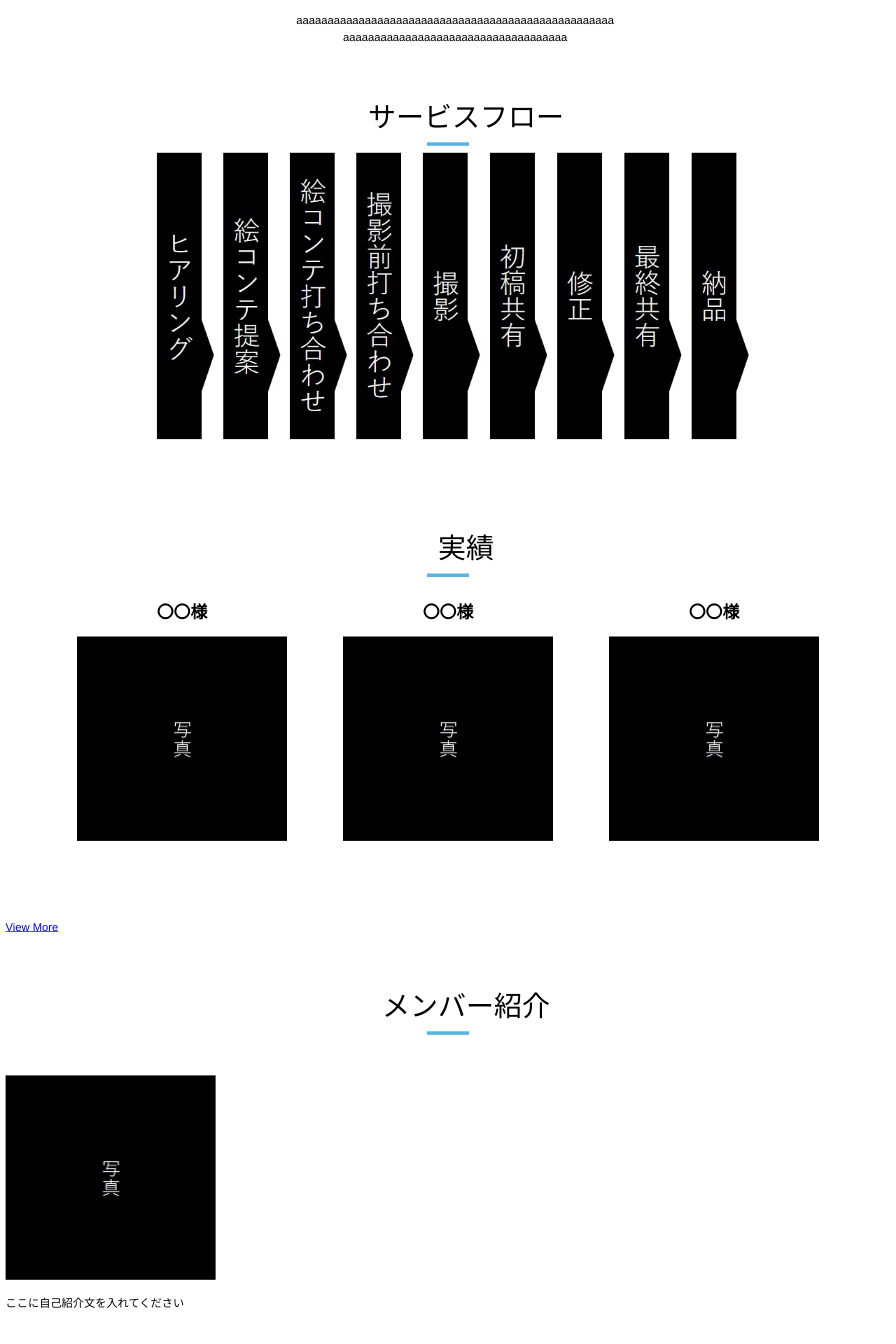
Repository: takumi-kojima0901/js.practice
Page: carkichi/carkichi.html
The author's editor kept a record of every edit. The page is drawn from the files as they stood at one moment, then again after the next edit.
The browser window is 1280 px wide. The pictures show the part of the page from y = 716 to 2636 px (the page is 2636 px tall before and 2526 px after), at 70% of full size.

Above is the page before.

### carkichi/carkichi.html
<!doctype html>
<html lang="ja">

<head>
<meta charset="UTF-8">
<title>仮</title>
<link rel="stylesheet" media="all" href="carkichi.css">

</head>

<body>

    <header id="header">
	 <img src="scale.jpg" alt="">
    	<div id="slogan">
	    	<h1>キャッチフレーズ</h1>
	    	<h2>説明文を入れます説明文を入れます</h2>
    	</div>
　  </header>

　<section id="about">
　	<div class = "section_title">
　		Avout Us
　	</div>
　	<div class = "about_service">
　		aaaaaaaaaaaaaaaaaaaaaaaaaaaaaaaaaaaaaaaaaaaaaaaaaaa
　		<br>
　		aaaaaaaaaaaaaaaaaaaaaaaaaaaaaaaaaaaa
　	</div>

　</section>


<!-- サービスフロー -->
　<section id="service_flow">
　	<div class = "section_title">
　		サービスフロー
　	</div>
	<div class = "flow_area">
	    <div class = "flow_part">

	        <p>
	            <a href = "#modal-01">
	            	 <div class = "detail_botton" >
	                      <img src = "flow1.jpg" width:122px height:264px>
	                 </div>
	            </a>
	            <div class="modal-wrapper" id="modal-01">
	            	<a href="#!" class="modal-overlay"></a>
	            	      <div class="modal-window">
	            	      	<div class="modal-content">
	            	      		<h4>Modal window</h4>
	            	      		　　<p>
	            	      		　　	Lorem ipsum dolor sit amet, consectetur adipiscing elit. Morbi ut cursus felis. Etiam hendrerit turpis at massa auctor semper.
	            	      		　　</p>
	            	      	</div>
	            	<a href="#!" class="modal-close">×</a>
	            	      </div>
	        　　</div>
	        </p>

	        <p>
	            <a href = "#modal-02">
	            	 <div class = "detail_botton" >
	                      <img src = "flow2.jpg" width:122px height:264px>
	                 </div>
	            </a>
	            <div class="modal-wrapper" id="modal-02">
	            	<a href="#!" class="modal-overlay"></a>
	            	    <div class="modal-window">
	            	    	<div class="modal-content">
	            	    		<h4>gggggggggggggggg</h4>
	            	    		   <p>
	            	    		   aaaaaaaaaaaaaaaaaaaaaaaaaaaaaaaaaaaaaaaaaaaaaaaaaaa
	            	    		   </p>
	            	    	</div>
	            	<a href="#!" class="modal-close">×</a>
	            	　　</div>
	            </div>
	        </p>

	        <p>
	            <a href = "#modal-03">
	            	 <div class = "detail_botton" >
	                      <img src = "flow3.jpg" width:122px height:264px>
	                 </div>
	            </a>
	            <div class="modal-wrapper" id="modal-03">
	            	<a href="#!" class="modal-overlay"></a>
	            	    <div class="modal-window">
	            	    	<div class="modal-content">
	            	    		<h4>sss</h4>
	            	    		<p>
                                   ssss
	            	    		</p>
	            	    	</div>
	            	<a href="#!" class="modal-close">×</a>
	            	　　</div>
	            </div>
	        </p>

	        <p>
	            <a href = "#modal-04">
	            	 <div class = "detail_botton" >
	                      <img src = "flow4.jpg" width:122px height:264px>
	                 </div>
	            </a>
	            <div class="modal-wrapper" id="modal-04">
	            	<a href="#!" class="modal-overlay"></a>
	            	    <div class="modal-window">
	            	    	<div class="modal-content">
	            	    		<h4>fffffffffff</h4>
	            	    		<p>
	            	    			ffffffffffffffffffff
	            	    		</p>
	            	    	</div>
	            	<a href="#!" class="modal-close">×</a>
	            	　　</div>
	            </div>
	        </p>

	        <p>
	            <a href = "#modal-05">
	            	 <div class = "detail_botton" >
	                      <img src = "flow5.jpg" width:122px height:264px>
	                 </div>
	            </a>
	            <div class="modal-wrapper" id="modal-05">
	            	<a href="#!" class="modal-overlay"></a>
	            	    <div class="modal-window">
	            	    	<div class="modal-content">
	            	    		<h4>ddddddddddddd</h4>
	            	    		<p>
	            	    			ddddddddddddddd
	            	    		</p>
	            	    	</div>
	            	<a href="#!" class="modal-close">×</a>
	            	　　</div>
	            </div>
	        </p>

	        <p>
	            <a href = "#modal-06">
	            	 <div class = "detail_botton" >
	                      <img src = "flow6.jpg" width:122px height:264px>
	                 </div>
	            </a>
	            <div class="modal-wrapper" id="modal-06">
	            	<a href="#!" class="modal-overlay"></a>
	            	    <div class="modal-window">
	            	    	<div class="modal-content">
	            	    		<h4>kkkkkkkkkkkkk</h4>
	            	    		<p>
	            	    			kkkkkkkkkkkkk
	               	    		</p>
	            	    	</div>
	            	<a href="#!" class="modal-close">×</a>
	            	　　</div>
	            </div>
	        </p>

	        <p>
	            <a href = "#modal-07">
	            	 <div class = "detail_botton" >
	                      <img src = "flow7.jpg" width:122px height:264px>
	                 </div>
	            </a>
	            <div class="modal-wrapper" id="modal-07">
	            	<a href="#!" class="modal-overlay"></a>
	            	    <div class="modal-window">
	            	    	<div class="modal-content">
	            	    		<h4>llllllllllllll</h4>
	            	    		<p>
	            	    			lllllllllllllll
	               	    		</p>
	            	    	</div>
	            	<a href="#!" class="modal-close">×</a>
	            	　　</div>
	            </div>
	        </p>

	        <p>
	            <a href = "#modal-08">
	            	 <div class = "detail_botton" >
	                      <img src = "flow8.jpg" width:122px height:264px>
	                 </div>
	            </a>
	            <div class="modal-wrapper" id="modal-08">
	            	<a href="#!" class="modal-overlay"></a>
	            	    <div class="modal-window">
	            	    	<div class="modal-content">
	            	    		<h4>kkkkkkkkkkkkk</h4>
	            	    		<p>
	            	    			kkkkkkkkkkkkk
	               	    		</p>
	            	    	</div>
	            	<a href="#!" class="modal-close">×</a>
	            	　　</div>
	            </div>
	        </p>

	        <p>
	            <a href = "#modal-09">
	            	 <div class = "detail_botton" >
	                      <img src = "flow9.jpg" width:122px height:264px>
	                 </div>
	            </a>
	            <div class="modal-wrapper" id="modal-09">
	            	<a href="#!" class="modal-overlay"></a>
	            	    <div class="modal-window">
	            	    	<div class="modal-content">
	            	    		<h4>kkkkkkkkkkkkk</h4>
	            	    		<p>
	            	    			kkkkkkkkkkkkk
	               	    		</p>
	            	    	</div>
	            	<a href="#!" class="modal-close">×</a>
	            	　　</div>
	            </div>
	        </p>
	    </div>
	</div>


　</section>

　<section id="service_detail">

　</section>

<!-- // サービスフロー -->

<!-- 実績 -->
　<section id="service_Performance">
　	<div class = "section_title">
　		実績
　	</div>
    <div class = "inner">
    	<ul class = "performance">
    		<div>
  			  <h2>〇〇様</h2>
    			<div class = "performance_image">
    				<img src = "kari.jpg"style="width:300px">
    			</div>
    		</div>
    	<ul>
    	<ul class = "performance">
    		<div>
  			  <h2>〇〇様</h2>
    			<div class = "performance_image">
    				<img src = "kari.jpg"style="width:300px">
    			</div>
    		</div>
    	<ul>
    	<ul class = "performance">
    		<div>
  			  <h2>〇〇様</h2>
    			<div class = "performance_image">
    				<img src = "kari.jpg" style="width:300px">
    				<div class = "mask">
    					<div class ="caption">
    						詳細を記入する
    					</div>
    				</div>
    			</div>
    		</div>
    	<ul>
    </div>

    <div class="container">
    	<a href="#" class="btn-box">View More</a>
    </div>

　</section>
<!-- // 実績 -->

<!-- メンバー紹介 -->
　<section id="member">
　	<div class = "section_title">
　		メンバー紹介
　	</div>
　	<br>
　	<div class = "nagao">
        <img src = "kari.jpg" style="width:300px">
        <p class = "sentence">ここに自己紹介文を入れてください</p>
    </div>





　</section>
<!-- // メンバー紹介 -->



</body>

### carkichi/carkichi.css
body{
    font-family: Helvetica, "ヒラギノ角ゴ Pro W3", "Hiragino Kaku Gothic Pro", sans-serif;
	font-weight: 300;
	-webkit-text-size-adjust:100%;
	overflow-x: hidden;
	color: #000;
	background: white;
}

.section_title{
    text-align:center;
    font-size:40px;
}

.section_title:after {
    xposition: absolute;
    content: '';
    display: block;
    xtop: 50%;
    xleft: 50%;
    width: 60px;
    height: 5px;
    margin: 10px auto;
    background: #58b4de
}


/* ヘッダー
------------------------------------------------------------*/
#header{
	position: relative;
    overflow:hidden;
    width:100%;
    height:568px;
}

#header img{
    position:absolute;
    width:1600px;
    height:900px;
}

#slogan{
	position: absolute;
    top: 50%;
	width: 100%;
	-webkit-transform: translate(0, -50%);
  　transform: translate(0, -50%);
	color: black;
	line-height: 1.2;
	text-align: left;
	left :20%;
}

/* About Us
------------------------------------------------------------*/

.about_service{
    text-align:center;
}


/* サービスフロー
------------------------------------------------------------*/
.flow_part{
    display:flex;
    margin:0 auto;
    text-align:center;
    justify-content: center;
}

.detail_botton img{
  cursor: pointer;
  transition-duration: 0.3s;;
}

.detail_botton:hover img{
  opacity: 0.6;
  transition-duration: 0.3s;;
}


/* モーダルウィンドウ
------------------------------------------------------------*/

.modal-wrapper {
  z-index: 999;
  position: fixed;
  top: 0;
  right: 0;
  bottom: 0;
  left: 0;
  padding: 40px 10px;
  text-align: center
}

.modal-wrapper:not(:target) {
  opacity: 0;
  visibility: hidden;
  transition: opacity .3s, visibility .3s;
}

.modal-wrapper:target {
  opacity: 1;
  visibility: visible;
  transition: opacity .4s, visibility .4s;
}

.modal-wrapper::after {
  display: inline-block;
  height: 100%;
  margin-left: -.05em;
  vertical-align: middle;
  content: ""
}

.modal-wrapper .modal-window {
  box-sizing: border-box;
  display: inline-block;
  z-index: 20;
  position: relative;
  width: 70%;
  max-width: 600px;
  padding: 30px 30px 15px;
  border-radius: 2px;
  background: #fff;
  box-shadow: 0 0 30px rgba(0, 0, 0, .6);
  vertical-align: middle
}

.modal-wrapper .modal-window .modal-content {
  max-height: 80vh;
  overflow-y: auto;
  text-align: left
}

.modal-overlay {
  z-index: 10;
  position: absolute;
  top: 0;
  right: 0;
  bottom: 0;
  left: 0;
  background: rgba(0, 0, 0, .8)
}

.modal-wrapper .modal-close {
  z-index: 20;
  position: absolute;
  top: 0;
  right: 0;
  width: 35px;
  color: #95979c !important;
  font-size: 20px;
  font-weight: 700;
  line-height: 35px;
  text-align: center;
  text-decoration: none;
  text-indent: 0
}

.modal-wrapper .modal-close:hover {
  color: #2b2e38 !important
}



/* 実績erformance
------------------------------------------------------------*/
#service_Performance{
    clear:both;
}

.performance{
    display:flex;
    margin:0 auto;
    text-align:center;
    justify-content: center;
}

.performance_image　img{
    width:20px;
}

.h2{
    text-align:center;
}

.performance_image .caption {
	font-size:		130%;
	color:			#fff;
	text-align: 		center;
	padding-top:		80px;
}

.performance_image .effect {
	width:			100%;
	height:			100%;
	position:		absolute;
	top:			0;
	left:			0;
	opacity:		0;	/* 表示させない */
	background-color:	rgba(0,0,0,0.4);
	-webkit-transform:	rotateY(-180deg);
	transform:		rotateY(-180deg);
	-webkit-transition:	all 0.6s ease;
	transition:		all 0.6s ease;
}
.performance_image:hover .effect {
	-webkit-transform:	rotateY(0deg);
	transform:		rotateY(0deg);
	opacity:		1;	/* ホバーで表示する */


/* View More ボタン
------------------------------------------------------------*/

.container {
  font-family: "Yu Gothic", YuGothic, Verdana, 'Hiragino Kaku Gothic ProN','Hiragino Kaku Gothic Pro', 'ヒラギノ角ゴ Pro W3', 'メイリオ', Meiryo, sans-serif;
  text-align: center;
  padding-top: 40px;
  padding-bottom: 40px;
}

.btn-box {
  display: inline-block;
  width: 200px;
  text-align: center
  font-size: 16px;
  color: #9ec34b;
  text-decoration: none;
  font-weight: bold;
  padding: 12px 24px;
  position: relative;
  border: 2px solid #9ec34b;
  transition: .4s;
}

.btn-box:hover {
  border: 2px solid transparent;
  color: #222222	;
}

.btn-box:before, .btn-box:after {
  width: 100%;
  height: 100%;
  z-index: 3;
  content: "";
  position: absolute;
  top: 0;
  left: 0;
  box-sizing: border-box;
  transform: scale(0);
  transition: .2s;
}

.btn-box:before {
  border-bottom: 2px solid #222222	;
  border-left: 2px solid #222222	;
  transform-origin: 100% 0%;
}

.btn-box:after {
  border-top: 2px solid #222222	;
  border-right: 2px solid #222222	;
  transform-origin: 0% 100%;
}

.btn-box:hover:after,
.btn-box:hover:before {
  transform: scale(1);
}


/* members
------------------------------------------------------------*/
.nagao{
    display:flex;
    margin-left:50px;
}

.sentence{
  margin-left: 50px;
}

After the next edit:
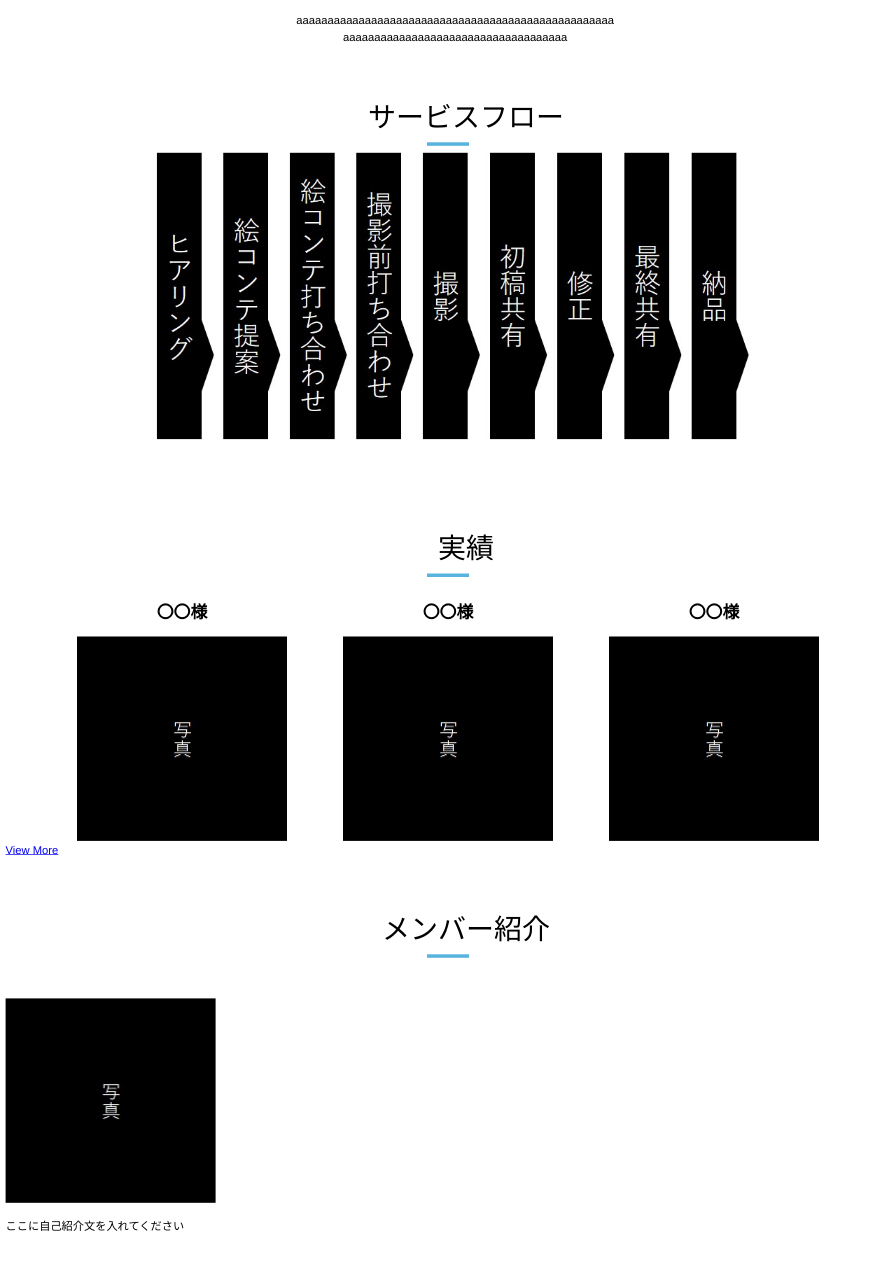
The edit:
--- a/carkichi/carkichi.css
+++ b/carkichi/carkichi.css
@@ -193,7 +193,7 @@
 	padding-top:		80px;
 }
 
-.performance_image .effect {
+.performance_image .mask {
 	width:			100%;
 	height:			100%;
 	position:		absolute;
